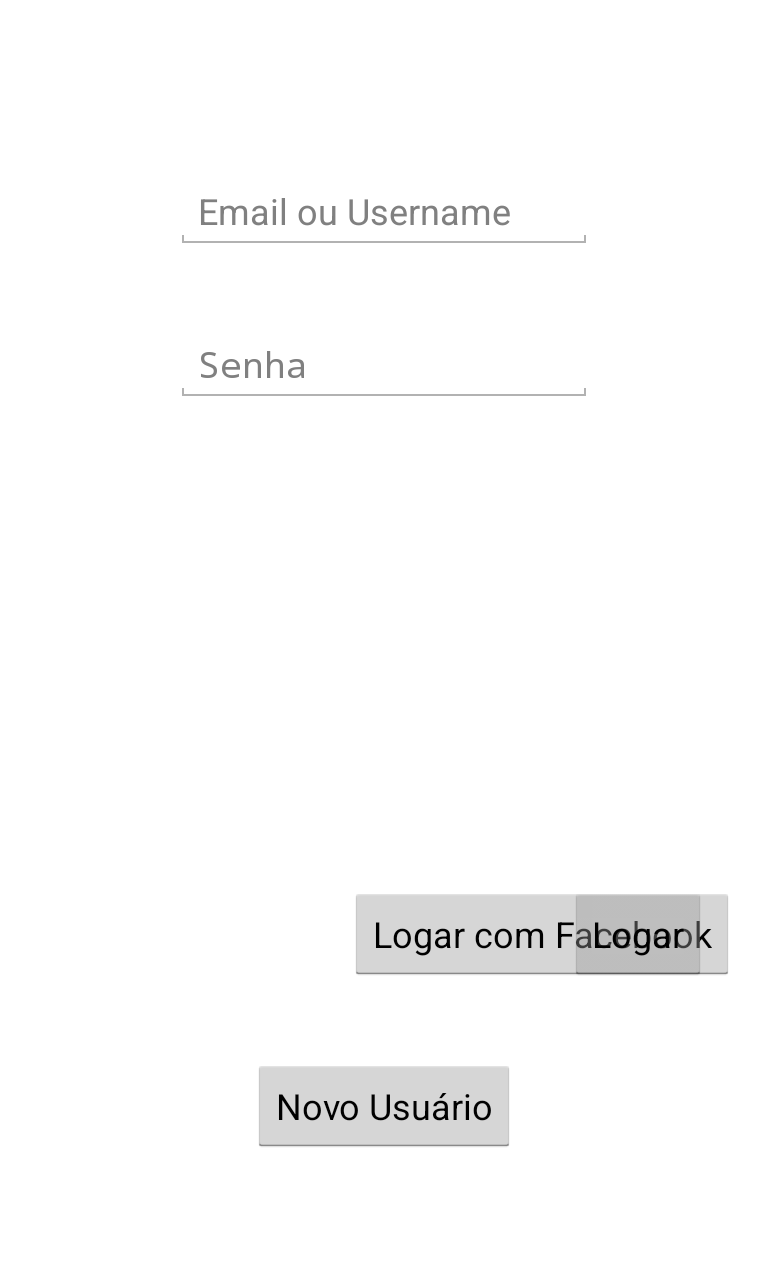
Repository: sergiofffilho/TrocandoIdeias
Layout: workspace/TrocandoIdeias/res/layout/activity_tela_login.xml
An editor plug-in stored every save of this project. The layout is shown before and after the next save, followed by the edit.
It is drawn on a 768 x 1280 px phone screen (xhdpi) without system bars, with theme AppTheme; the app's code is not run. The app's manifest (not shown) leaves right-to-left support off. So textAlignment, textDirection and layoutDirection are ignored, and left and right values win over start and end ones.

Above is the layout before, as saved 2015-04-25 14:53:42.

After the next save:
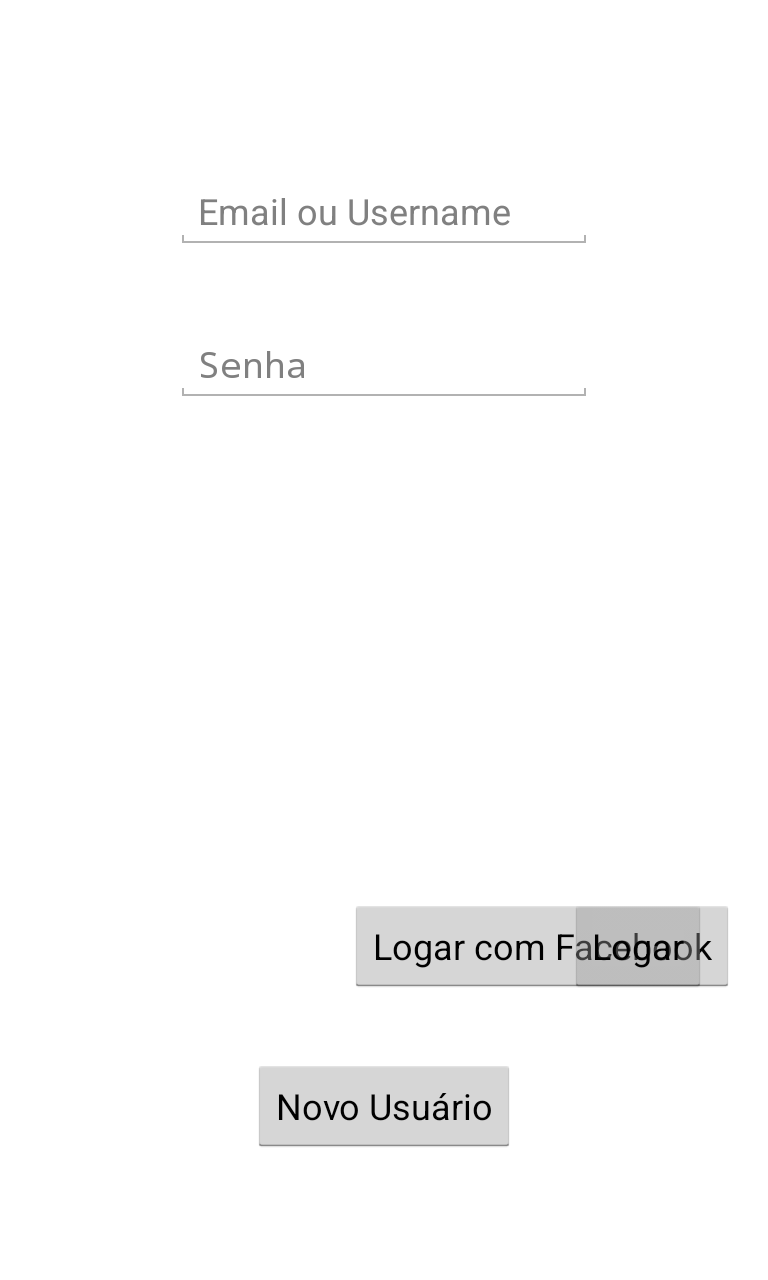
Saved 28 s later.
--- a/workspace/TrocandoIdeias/res/layout/activity_tela_login.xml
+++ b/workspace/TrocandoIdeias/res/layout/activity_tela_login.xml
@@ -53,10 +53,9 @@
         android:layout_height="wrap_content"
         android:layout_above="@+id/button3"
         android:layout_alignParentEnd="true"
-        android:layout_marginBottom="38dp"
+        android:layout_marginBottom="32dp"
         android:layout_marginEnd="14dp"
         android:layout_toStartOf="@+id/button3"
-
         android:text="@string/logar" />
 
 </RelativeLayout>
